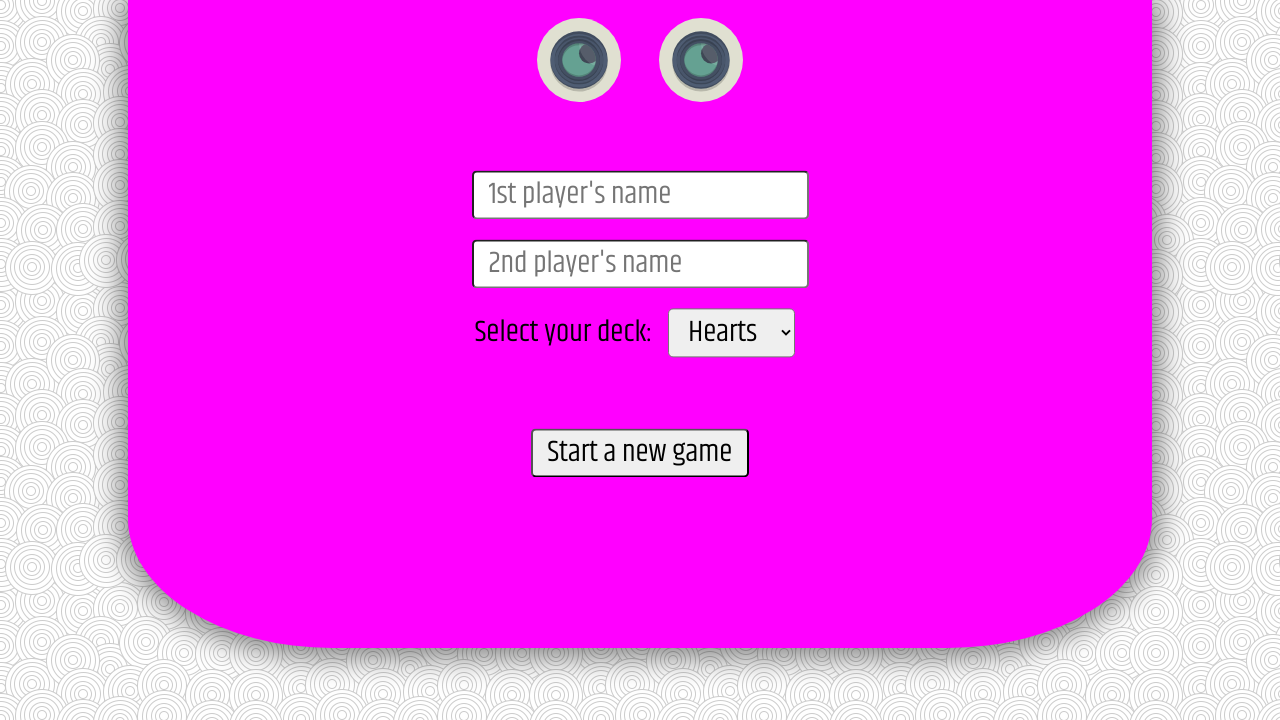
Repository: loragil/memory-game
Page: index.html
The author's editor kept a record of every edit. The page is drawn from the files as they stood at one moment, then again after the next edit.
The browser window is 1280 px wide. The pictures show the whole page.

Above is the page before.
Console error: SyntaxError: Unexpected token ')'

### index.html
<!DOCTYPE html>
<html>

<head>

    <link rel="stylesheet" type="text/css" href="https://fonts.googleapis.com/css?family=Khand">
    <link rel="stylesheet" href="css/reset.css" type="text/css" />
    <link rel="stylesheet" href="css/game.css" type="text/css" />
    <link rel="stylesheet" href="css/phone-default.css" type="text/css" />
    <link rel="stylesheet" href="css/tablet.css" type="text/css" />
    <link rel="stylesheet" href="css/desktop.css" type="text/css" />
    <link rel="import" href="components/game-card.html">
    <title>Memory Game</title>

</head>

<body>
    <div id="container">
        <div id="startScreen">
            <div class="wrapper">
                <div>
                    <label for="playerAName">
                        <input type="text" name="playerAName" placeholder="1st player's name" />
                    </label>
                </div>

                <div>
                    <label for="playerBName">
                        <input type="text" name="playerBName" placeholder="2nd player's name" />
                    </label>
                </div>

                <div>
                    <label for="selectDeck">
                        Select your deck:
                        <select name="selectDeck" id="selectDeck">
                            <option value="hearts">Hearts</option>
                            <option value="stars">Stars</option>
                            <option value="mat">Mat</option>
                            <option value="arrows">Arrows</option>
                            <option value="zigzag">Zig Zag</option>
                        </select>
                    </label>

                    <div class="preview"></div>
                </div>

                <div>
                    <input id="startNew" type="button" value="Start a new game" />
                </div>
            </div>

            <div class="eye left"><i><i><i><i><s></s><u></u></i></i>
                </i>
                </i>
            </div>
            <div class="eye right"><i><i><i><i><s></s><u></u></i></i>
                </i>
                </i>
            </div>
        </div>

        <div class="game">

            <div class="details">
                <div>
                    <span>Pairs left to match: </span>
                    <span id="pairsLeft"></span>
                </div>
                <div>
                    <span>It's <em class="currentPlayer"></em>'s turn</span>
                </div>
            </div>

            <div id="playerA">
                <h3></h3>
                <ul></ul>
            </div>

            <div class="board"></div>

            <div id="playerB">
                <h3></h3>
                <ul></ul>
            </div>

        </div>
    </div>
    <script type="text/javascript" src="js/game.js"></script>
</body>

</html>

### css/game.css
html {
    font-size: 10px;
}
body {
    font-size: 62.5%;
}
html,
body {
    height: 100%;
    font-family: 'Khand', sans-serif, Arial;
}
input,
select,
label {
    font-size: 3rem;
    margin: 1rem;
    border-radius: 0.5rem;
    padding: 0 1.5rem;
    font-family: khand;
}
.preview {
    display: inline-block;
    width: 15rem;
    height: 5rem;
    transform: translateY(1.5rem);
    border-radius: 5rem;
}
/* deck patterns: */

.preview.arrows {
    background: linear-gradient(45deg, #92baac 45px, transparent 45px)64px 64px, linear-gradient(45deg, #92baac 45px, transparent 45px, transparent 91px, #e1ebbd 91px, #e1ebbd 135px, transparent 135px), linear-gradient(-45deg, #92baac 23px, transparent 23px, transparent 68px, #92baac 68px, #92baac 113px, transparent 113px, transparent 158px, #92baac 158px);
    background-color: #e1ebbd;
    background-size: 128px 128px;
}
.preview.zigzag {
    background: linear-gradient(135deg, #ECEDDC 25%, transparent 25%) -50px 0, linear-gradient(225deg, #ECEDDC 25%, transparent 25%) -50px 0, linear-gradient(315deg, #ECEDDC 25%, transparent 25%), linear-gradient(45deg, #ECEDDC 25%, transparent 25%);
    background-size: 100px 100px;
    background-color: #EC173A;
}
.preview.mat {
    background: radial-gradient(circle at 0% 50%, rgba(96, 16, 48, 0) 9px, #613 10px, rgba(96, 16, 48, 0) 11px) 0px 10px, radial-gradient(at 100% 100%, rgba(96, 16, 48, 0) 9px, #613 10px, rgba(96, 16, 48, 0) 11px), #8a3;
    background-size: 20px 20px;
}
.preview.hearts {
    background: radial-gradient(circle closest-side at 60% 43%, #b03 26%, rgba(187, 0, 51, 0) 27%), radial-gradient(circle closest-side at 40% 43%, #b03 26%, rgba(187, 0, 51, 0) 27%), radial-gradient(circle closest-side at 40% 22%, #d35 45%, rgba(221, 51, 85, 0) 46%), radial-gradient(circle closest-side at 60% 22%, #d35 45%, rgba(221, 51, 85, 0) 46%), radial-gradient(circle closest-side at 50% 35%, #d35 30%, rgba(221, 51, 85, 0) 31%), radial-gradient(circle closest-side at 60% 43%, #b03 26%, rgba(187, 0, 51, 0) 27%) 50px 50px, radial-gradient(circle closest-side at 40% 43%, #b03 26%, rgba(187, 0, 51, 0) 27%) 50px 50px, radial-gradient(circle closest-side at 40% 22%, #d35 45%, rgba(221, 51, 85, 0) 46%) 50px 50px, radial-gradient(circle closest-side at 60% 22%, #d35 45%, rgba(221, 51, 85, 0) 46%) 50px 50px, radial-gradient(circle closest-side at 50% 35%, #d35 30%, rgba(221, 51, 85, 0) 31%) 50px 50px;
    background-color: #b03;
    background-size: 100px 100px;
}
.preview.stars {
    background: linear-gradient(324deg, #232927 4%, transparent 4%) -70px 43px, linear-gradient( 36deg, #232927 4%, transparent 4%) 30px 43px, linear-gradient( 72deg, #e3d7bf 8.5%, transparent 8.5%) 30px 43px, linear-gradient(288deg, #e3d7bf 8.5%, transparent 8.5%) -70px 43px, linear-gradient(216deg, #e3d7bf 7.5%, transparent 7.5%) -70px 23px, linear-gradient(144deg, #e3d7bf 7.5%, transparent 7.5%) 30px 23px, linear-gradient(324deg, #232927 4%, transparent 4%) -20px 93px, linear-gradient( 36deg, #232927 4%, transparent 4%) 80px 93px, linear-gradient( 72deg, #e3d7bf 8.5%, transparent 8.5%) 80px 93px, linear-gradient(288deg, #e3d7bf 8.5%, transparent 8.5%) -20px 93px, linear-gradient(216deg, #e3d7bf 7.5%, transparent 7.5%) -20px 73px, linear-gradient(144deg, #e3d7bf 7.5%, transparent 7.5%) 80px 73px;
    background-color: #232927;
    background-size: 100px 100px;
}
#container {
    position: relative;
    height: 100%;
    background-image: url('../assets/images/swirl_pattern.png');
    overflow: hidden;
}
#startScreen {
    width: 80%;
    margin: 0px auto;
    text-align: center;
    top: 0rem;
    left: 50%;
    height: 90%;
    position: fixed;
    transform: translateX(-50%);
    transition: all 0.6s;
    z-index: 5;
    background: fuchsia;
    /*border-radius: 0 0 65% 65%;*/
    /*border-radius: 50% 0% 115% 10%;*/

    border-radius: 0% 0% 20% 20%;
    box-shadow: 0px 0.2rem 3rem 0.7rem rgba(0, 0, 0, 0.5);
}
#startScreen .wrapper {
    position: absolute;
    top: 50%;
    left: 50%;
    transform: translate(-50%, -50%);
}
#startScreen .content {
    position: absolute;
    top: 50%;
    left: 50%;
    transform: translate(-50%, -50%);
}
.eye {
    transform: scale(0.7);
    background: #e0e0d1;
    width: 120px;
    height: 120px;
    border-radius: 50%;
    margin: 0 auto;
    display: inline-block;
}
.eye i {
    background: #4f5d73;
    width: 82px;
    height: 82px;
    border-radius: 50%;
    display: inline-block;
    margin: 19px;
    box-shadow: inset 0 4px 0 rgba(0, 0, 0, .18), inset 0 -2px 0 rgba(0, 0, 0, .18), 0 4px 0 rgba(0, 0, 0, .18);
    -webkit-transition: all .43s cubic-bezier(.73, .19, .21, 1.7)
}
.eye i i {
    background: rgba(0, 0, 0, .07);
    width: 86%;
    height: 86%;
    margin: 7%;
    box-shadow: inset 0 3px 0 rgba(0, 0, 0, .18), inset 0 -2px 0 rgba(0, 0, 0, .18)
}
.eye i i i i {
    background: #65a192;
    width: 80%;
    height: 80%;
    margin: 10%;
    overflow: hidden;
    position: relative
}
.eye u {
    background: #3f4755;
    width: 60%;
    height: 60%;
    border-radius: 50%;
    position: absolute;
    transition: all .3s;
}
.eye i i i i:before,
.eye u:after {
    content: '';
    position: absolute;
    width: 140%;
    height: 140%;
    background: rgba(255, 255, 255, .12);
    border-radius: 100%;
    top: -70%;
    z-index: 2
}
.eye u:after {
    width: 25%;
    height: 25%;
    background: #d3d2d2;
    top: 0;
    left: 60%
}
.eye s {
    position: absolute;
    width: 200%;
    height: 10%;
    z-index: 3;
    background: #3f4755;
    border-radius: 0 0 100% 100%;
    left: -50%;
    top: -10%;
    box-shadow: inset 0 -7px 7px rgba(0, 0, 0, .18);
    -webkit-animation: blink 10s infinite
}
@-webkit-keyframes blink {
    20%, 70%, 74% {
        height: 120%
    }
    18%,
    22%,
    68%,
    72%,
    76% {
        height: 10%
    }
}
.eye:hover i i {
    width: 90%;
    height: 90%;
    margin: 5%
}
#container.inGame #startScreen {
    top: -100%;
}
.game {
    position: relative;
    font-size: 2.6rem;
    overflow: hidden;
    width: 100%;
    height: 100%;
}
.details {
    padding: 0 1rem;
    text-align: center;
    position: fixed;
    width: 100%;
}
#playerA,
#playerB {
    position: absolute;
    top: 50%;
    transform: translateY(-50%);
    width: 10%;
    text-align: center;
}
#playerA img,
#playerB img {
    width: 8rem;
    position: absolute;
}
#playerA img:first-child,
#playerB img:first-child {
    transform: translateX(20px);
}
#playerB img:first-child {
    z-index: 1;
}
#playerA {
    left: 0;
}
#playerB {
    right: 0;
}
li {
    position: relative;
    height: 10rem;
}
.board {
    width: 74rem;
    height: 100%;
    margin: 2rem auto 0;
    display: flex;
    flex-direction: row;
    flex-wrap: wrap;
    align-items: center;
    justify-content: center;
    align-content: center;
}
game-card {
    flex: 0 0 auto;
    margin: 1rem;
    transition: opacity .3s ease-out;
}

### css/phone-default.css
@media only screen and (max-width: 640px) {

    body:after {
        content: 'tablet';
        display: none;
    }

    /*.details {
        background-color: green;
    }*/

} /*end of the media query*/

### css/tablet.css
@media only screen and (min-width: 641px) {

    body:after {
        content: 'tablet';
        display: none;
    }

    /*.details {
        background-color: blue;
    }*/

} /*end of the media query*/

### css/desktop.css
@media only screen and (min-width: 1140px) {

    body:after {
        content: 'desktop';
        display: none;
    }

    /*.details {
        background-color: red;
    }*/
} /*end of the media query*/

### js/game.js
;
(function() {
    'use strict';

    var cardTypes = [{
        id: '8-ball',
        source: 'http://igorminar.github.io/Memory-Game/app/img/8-ball.png'
    }, {
        id: 'baked-potato',
        source: 'http://igorminar.github.io/Memory-Game/app/img/baked-potato.png'
    }, {
        id: 'dinosaur',
        source: 'http://igorminar.github.io/Memory-Game/app/img/dinosaur.png'
    }, {
        id: 'kronos',
        source: 'http://igorminar.github.io/Memory-Game/app/img/kronos.png'
    }, {
        id: 'rocket',
        source: 'http://igorminar.github.io/Memory-Game/app/img/rocket.png'
    }, {
        id: 'skinny-unicorn',
        source: 'http://igorminar.github.io/Memory-Game/app/img/skinny-unicorn.png'
    }, {
        id: 'that-guy',
        source: 'http://igorminar.github.io/Memory-Game/app/img/that-guy.png'
    }, {
        id: 'zeppelin',
        source: 'http://igorminar.github.io/Memory-Game/app/img/zeppelin.png'
    }];

    function shuffle(deck) {
        for (var j, x, i = deck.length; i; j = parseInt(Math.random() * i), x = deck[--i], deck[i] = deck[j], deck[j] = x);
        return deck;
    };

    function createCards(cardTypes) {
        var deck = [],
            card;

        for (var i = 0; i < cardTypes.length; i++) {
            card = '<game-card card_id="' + cardTypes[i].id + '" card_source="' + cardTypes[i].source + '"></game-card>';
            deck.push(card);
            card = '<game-card card_id="' + cardTypes[i].id + '" card_source="' + cardTypes[i].source + '"></game-card>';
            deck.push(card);
        }

        return shuffle(deck);
    }

    function createBoard(deck) {
        var board = document.querySelector('.board');
        board.innerHTML = deck.join('');
    }

    var deck = createCards(cardTypes);
    createBoard(deck);

    function isGameRunning() {
        return deck.length > 0;
    }

    function setPlayersNames(playerA, playerB) {
        document.querySelector('#playerA h3').innerHTML = playerA;
        document.querySelector('#playerB h3').innerHTML = playerB;

        currentPlayerPlaceHolder.innerHTML = playerA;
    }

    var players = [{
        id: 'playerA',
        name: '',
        score: 0
    }, {
        id: 'playerB',
        name: '',
        score: 0
    }];

    var currentPlayerPlaceHolder = document.querySelector('.currentPlayer');

    var currentPlayer = 0;


    var visibleCards = [];
    var pairsCount = cardTypes.length;
    document.getElementById('pairsLeft').innerHTML = pairsCount;

    function switchPlayer() {
        currentPlayer = currentPlayer === 0 ? 1 : 0;
        currentPlayerPlaceHolder.innerHTML = players[currentPlayer].name;
    }

    function isMatch(cards) {
        return cards[0].getAttribute('card_id') === cards[1].getAttribute('card_id');
    }

    function removePair() {
        /*visibleCards[0].remove();
                    visibleCards[1].remove();*/


        visibleCards[0].style.opacity = 0;
        visibleCards[0].style.pointerEvents = 'none';
        visibleCards[1].style.opacity = 0;
        visibleCards[1].style.pointerEvents = 'none';

        pairsCount--;
        document.getElementById('pairsLeft').innerHTML = pairsCount;
    }

    function flipBack() {
        visibleCards[0].setAttribute('hide', true);
        visibleCards[1].setAttribute('hide', true);
    }

    function assignToPlayer() {
        var li = document.createElement('li');
        var img = document.createElement('img');
        img.src = visibleCards[0].getAttribute('card_source');
        li.appendChild(img.cloneNode(true));
        li.appendChild(img);
        document.querySelector('#' + players[currentPlayer].id + ' ul').appendChild(li);
    };

    var gameCards = document.querySelectorAll('game-card');

    [].forEach.call(gameCards, function(DOMcard) {
        DOMcard.addEventListener('click', function() {
            if (this == visibleCards[0]) {
                return;
            }

            visibleCards.push(this);
            this.setAttribute('block', '');

            if (visibleCards.length == 2) {

                [].forEach.call(gameCards, function(c) {
                    c.setAttribute('block', '');
                });

                setTimeout(function() {
                    if (isMatch(visibleCards)) {
                        assignToPlayer();
                        removePair();
                        players[currentPlayer].score += 1;
                        if (pairsCount === 0) {
                            var winnerId = players[0].score === players[1].score ? "draw" : players[0].score > players[1].score ? 0 : 1;

                            alert('game over, ' + players[winnerId].name + ' wins!');
                        }
                    }
                    else {
                        flipBack();
                        switchPlayer();
                    }

                    // reset visibleCards;
                    visibleCards.length = 0;

                    [].forEach.call(gameCards, function(c) {
                        c.removeAttribute('block');
                        c.removeAttribute('hide');
                    });
                }, 1500);

            }

            // display message


        });
    });


    /************************** game UI logic ********************************/
    document.getElementById('startNew').addEventListener('click', function() {
        start();
    });

    function start() {
        var container = document.getElementById('container'),
            nameA = document.querySelector('[name=playerAName]'),
            nameB = document.querySelector('[name=playerBName]');
        players[0].name = nameA.value;
        players[1].name = nameB.value;

        setPlayersNames(players[0].name, players[1].name)
        container.classList.add('inGame');


        /*var gameCards = document.querySelectorAll('game-card');
        var backImage = document.getElementById('selectDeck').value;
        document.getElementByClassName('preview').classList.add(backImage);
        for (var i = 0; i < gameCards.length; i++) {
            var back = gameCards[i].shadowRoot.querySelector('.back');
            back.classList.add(backImage);
        }*/
    }

document.onLoad = function (){
    var deckSelect = document.getElementById('selectDeck');
    deckSelect.addEventListener('onchange', function() {
        updateSelectedDeck();
    });



    function updateSelectedDeck() {
        var gameCards = document.querySelectorAll('game-card');
        var backImage = deckSelect.value;
        document.getElementByClassName('preview').classList.add(backImage);
        for (var i = 0; i < gameCards.length; i++) {
            var back = gameCards[i].shadowRoot.querySelector('.back');
            back.classList.add(backImage);
        }
    }

    /*eye - follow animation*/
    function eyeTracking() {
        var mouseX = 0,
            mouseY = 0,
            limitX = 20,
            limitY = 20;

        document.getElementById('startScreen').addEventListener('mousemove', function(e) {
            for (var i = 0; i < follower.length; i++) {
                var offset = document.querySelectorAll('.eye i i i i');
                mouseX = Math.min(e.pageX - offset[i].offsetLeft, limitX);
                mouseY = Math.min(e.pageY - offset[i].offsetTop, limitY);
            }
            if (mouseX < 0) mouseX = 0;
            if (mouseY < 0) mouseY = 0;
        });

        var follower = document.querySelectorAll('.eye u'),
            xp = 0,
            yp = 0,
            loop = setInterval(function() {
                xp += (mouseX - xp) / 1;
                yp += (mouseY - yp) / 1;

                for (var i = 0; i < follower.length; i++) {
                    follower[i].style.left = xp + 'px';
                    follower[i].style.top = yp + 'px';
                }
                /*follower.style.left = xp + 'px';
                follower.style.top = yp + 'px';*/

            }, 30);
    }
    eyeTracking();

}());

Loaded but not shown: css/reset.css (common file)

After the next edit:
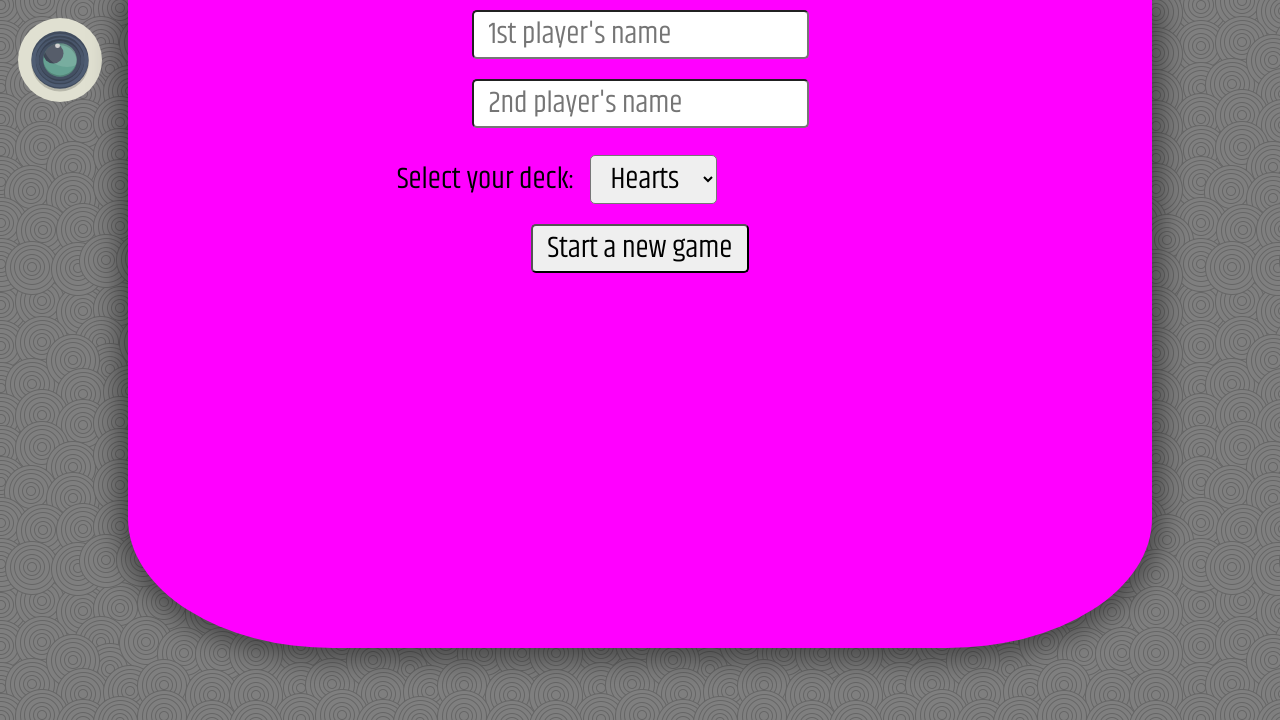
The edit:
--- a/css/game.css
+++ b/css/game.css
@@ -58,6 +58,13 @@
     overflow: hidden;
 }
 #startScreen {
+    position: fixed;
+    width: 100%;
+    height: 100%;
+    z-index: 1;
+    background-color: rgba(0, 0, 0, 0.5);
+}
+#startScreen .wrapper {
     width: 80%;
     margin: 0px auto;
     text-align: center;
@@ -75,12 +82,6 @@
     border-radius: 0% 0% 20% 20%;
     box-shadow: 0px 0.2rem 3rem 0.7rem rgba(0, 0, 0, 0.5);
 }
-#startScreen .wrapper {
-    position: absolute;
-    top: 50%;
-    left: 50%;
-    transform: translate(-50%, -50%);
-}
 #startScreen .content {
     position: absolute;
     top: 50%;
